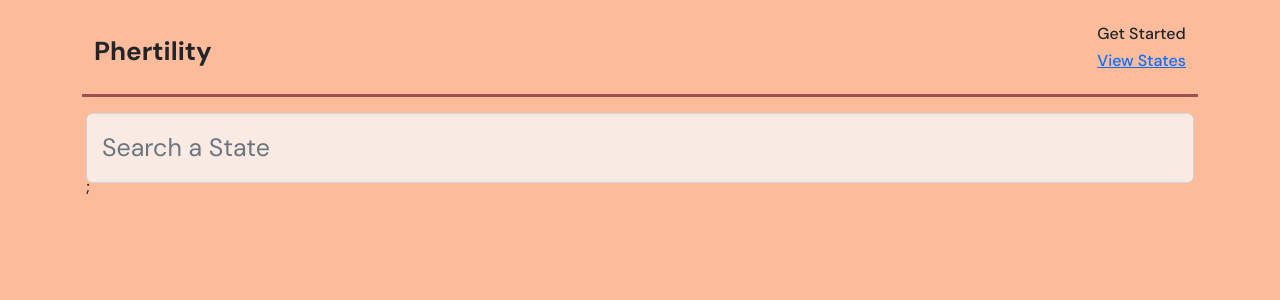
Repository: KaiDubauskas/phertility
Page: /states (app in frontend/app/)
An editor plug-in stored every save of this project. The page is shown before and after the next save, followed by the edit.
The browser window is 1280 px wide. The pictures show the whole page.
The page's requests for data from a server got no answer. The project was rebuilt for these pictures with package versions that can differ from the ones it lists, and the page was loaded fresh each time. No one was signed in, and anything a server would have sent is missing. Also part of the build but not shown: frontend/app/src/CurrentLocation.js, frontend/app/src/Map.js, frontend/app/src/Images/index.js, frontend/app/src/components/homepage.js.

Above is the page before, as saved 2022-10-23 02:52:11.

After the next save:
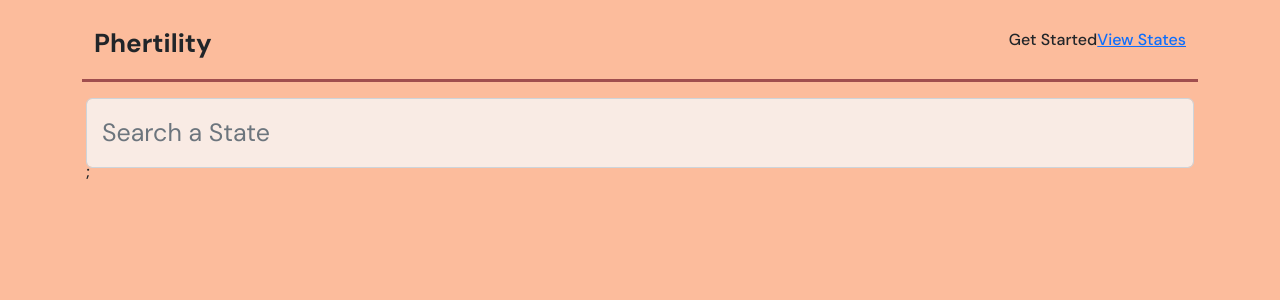
Saved 36 s later.
--- a/frontend/app/src/components/header.js
+++ b/frontend/app/src/components/header.js
@@ -15,7 +15,7 @@ const Header = () => {
                         </div>
                         {/* <div class="container-fluid"> */}
                         {/* <div class="container-fluid col-7 text-end d-inline-flex flex-column"> */}
-                            <nav class="nav-inline">
+                            <nav class="nav-inline d-inline-flex">
                             <h6>Get Started</h6>
                             <Link to={{
                                 pathname: `/states`,
